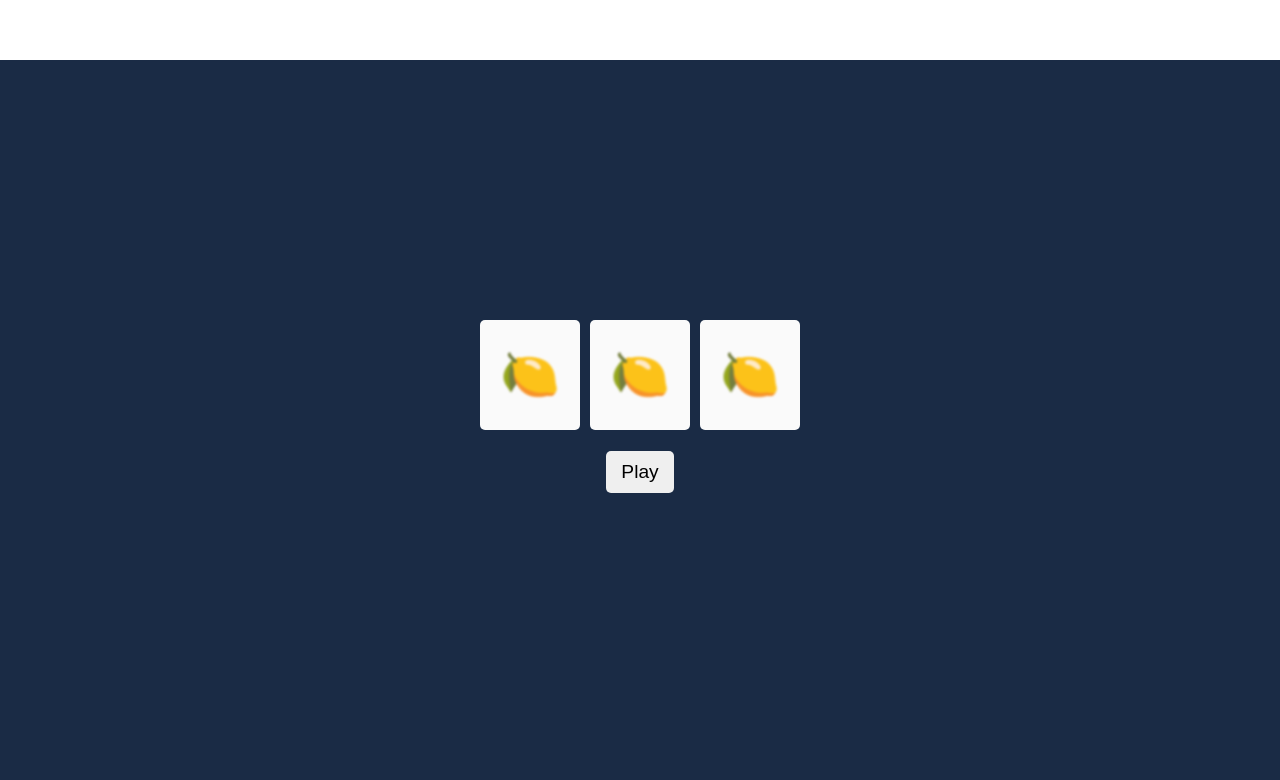
Repository: HERBOD7/slotmachine
Page: /
An editor plug-in stored every save of this project. The page is shown before and after the next save, followed by the edit.
The browser window is 1280 px wide. The pictures show the whole page.
The project was rebuilt for these pictures with package versions that can differ from the ones it lists, and the page was loaded fresh each time. Also part of the build but not shown: vue.config.js.

Above is the page before, as saved 2023-07-22 23:28:02.

### src/App.vue
<template>
  <div id="app">
    <div class="doors">
      <div class="door" v-for="i in 3" :key="i">
        <div class="boxes">
          <div
            :class="['box', isShuffling ? 'animation' : 'blur']"
            v-for="(symbol, index) in symbols[i - 1]"
            :key="index"
          >
            {{ symbol }}
          </div>
        </div>
      </div>
    </div>

    <div class="buttons">
      <button @click="spin" id="spinner">Play</button>
    </div>
  </div>
</template>

<script>
// import HelloWorld from "./components/HelloWorld.vue";

export default {
  name: "App",
  components: {
    // HelloWorld,
  },
  data() {
    return {
      // symbols: ["🍋", "🍉", "🍒", "🍊"],
      symbols: [
        ["🍋", "🍉", "🍒", "🍊"],
        ["🍋", "🍉", "🍒", "🍊"],
        ["🍋", "🍉", "🍒", "🍊"],
      ],
      isShuffling: false,
    };
  },
  created() {
    // this.init();
  },
  methods: {
    spin() {
      for (let i = 0; i < 3; i++) {
        // const arr = [];
        // for (let n = 0; n < (groups > 0 ? groups : 1); n++) {
        // arr.push(...this.symbols[i]);
        console.log(this.symbols[i]);
        // }
        this.symbols[i] = this.shuffle(this.symbols[i]);
        this.isShuffling = true;
      }
    },
    shuffle(array) {
      for (let i = array.length - 1; i > 0; i--) {
        const j = Math.floor(Math.random() * (i + 1));
        [array[i], array[j]] = [array[j], array[i]];
      }
      return array;
    },
  },
};
</script>

<style>
#app {
  font-family: Avenir, Helvetica, Arial, sans-serif;
  -webkit-font-smoothing: antialiased;
  -moz-osx-font-smoothing: grayscale;
  text-align: center;
  color: #2c3e50;
  margin-top: 60px;
}

body {
  width: 100vw;
  height: 100vh;
  margin: 0;
  padding: 0;
}

#app {
  width: 100%;
  height: 100%;
  background: #1a2b45;
  display: flex;
  flex-direction: column;
  justify-content: center;
  align-items: center;
}

.doors {
  display: flex;
}

.door {
  background: #fafafa;
  width: 100px;
  height: 110px;
  overflow: hidden;
  border-radius: 5px;
  margin: 5px;
}

.boxes {
  transform: translateY(0);
  transition: transform 1s ease-in-out;
}

.box {
  display: flex;
  justify-content: center;
  align-items: center;
  font-size: 3rem;
  height: 110px;
  width: 100px;
  transform: translateY(0px);
}

.animation {
  transform: translateY(3px);
  transition: transform 1s ease-in-out;
}

.blur {
  filter: blur(1px);
}

.buttons {
  margin: 1rem 0 2rem 0;
}

button {
  cursor: pointer;
  font-size: 1.2rem;
  margin: 0 0.2rem;
  border: none;
  border-radius: 5px;
  padding: 10px 15px;
}

.info {
  position: fixed;
  bottom: 0;
  width: 100%;
  text-align: center;
}
</style>

Loaded but not shown: public/index.html (common file); src/main.js (common file)

After the next save:
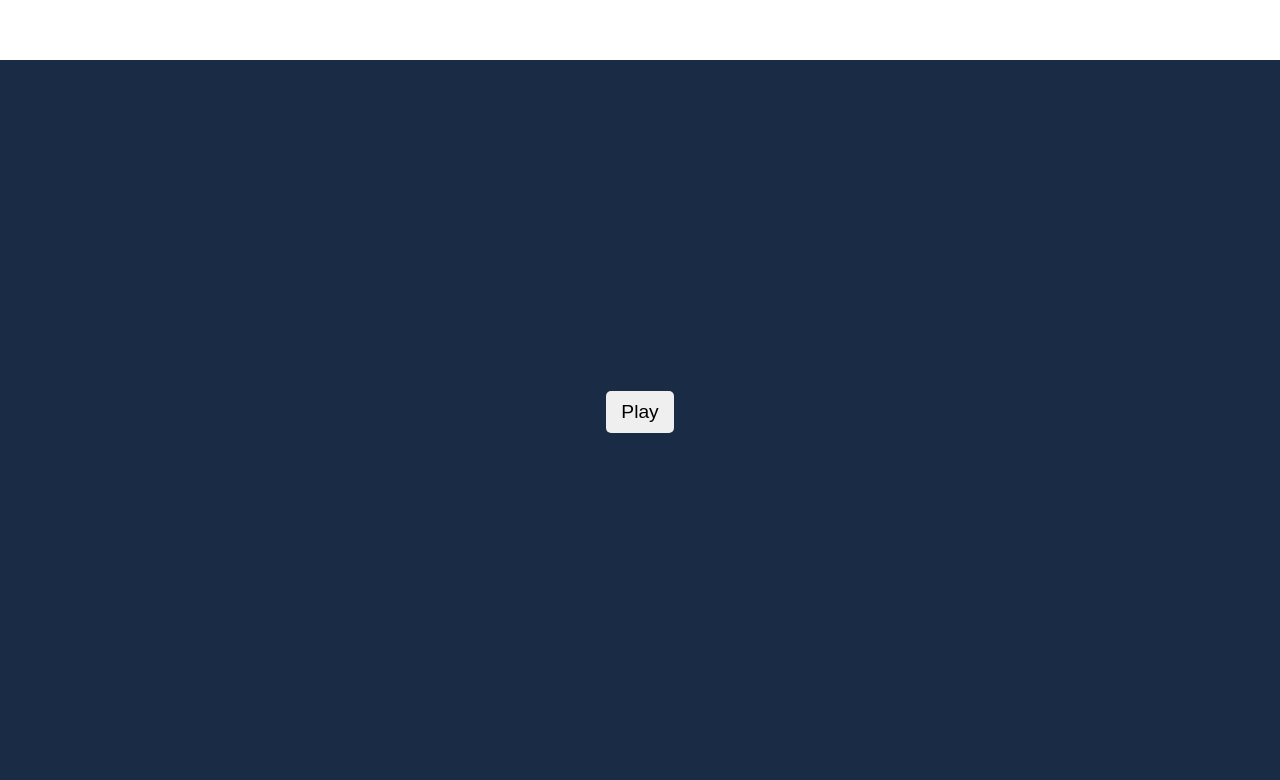
Saved 3 min 13 s later.
--- a/src/App.vue
+++ b/src/App.vue
@@ -1,11 +1,11 @@
 <template>
   <div id="app">
     <div class="doors">
-      <div class="door" v-for="i in 3" :key="i">
+      <div class="door" v-for="(symbol, index) in symbols[i - 1]" :key="index">
         <div class="boxes">
           <div
             :class="['box', isShuffling ? 'animation' : 'blur']"
-            v-for="(symbol, index) in symbols[i - 1]"
+            v-for="(item, index) in generate(symbol)"
             :key="index"
           >
             {{ symbol }}
@@ -53,6 +53,9 @@ export default {
         this.symbols[i] = this.shuffle(this.symbols[i]);
         this.isShuffling = true;
       }
+    },
+    generate(arr) {
+      console.log(arr);
     },
     shuffle(array) {
       for (let i = array.length - 1; i > 0; i--) {
